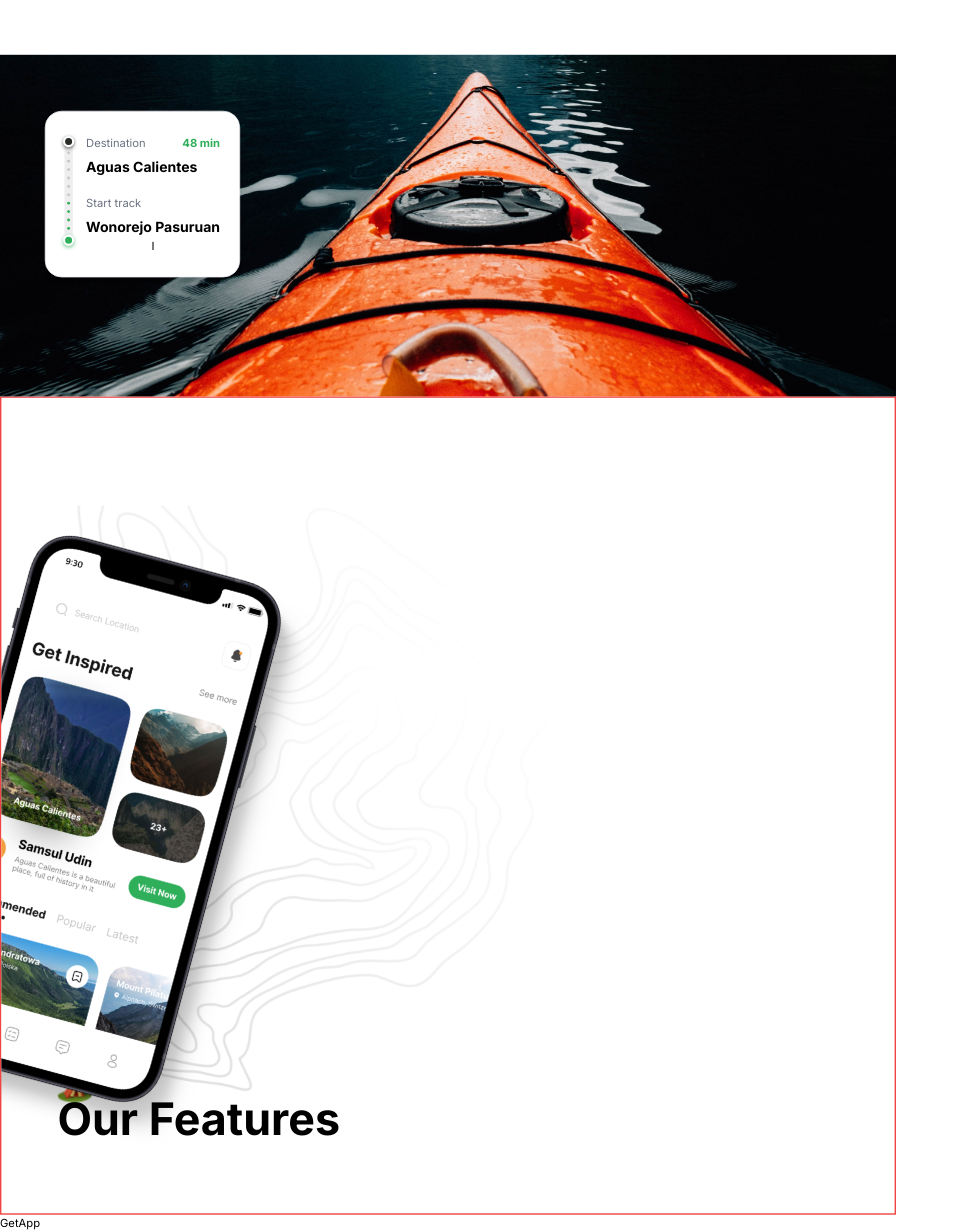
Repository: abdulrahmanmahmood/Travel-App
Page: /
These files come from the project's save history. The page is drawn as it stood at one moment and after the next save; the edit follows.
The browser window is 1280 px wide. The page is 1392 px wide, so the pictures cover 1392 px, including what lies to the right of the window. The pictures show the part of the page from y = 2105 to 3865 px (the page is 3865 px tall), at 70% of full size.
The project was rebuilt for these pictures with package versions that can differ from the ones it lists, and the page was loaded fresh each time. The framework's server and built-in components were replaced by stand-ins that run in the browser. Also part of the build but not shown: next.config.js.

Above is the page before, as saved 2023-11-08 11:40:23.

After the next save:
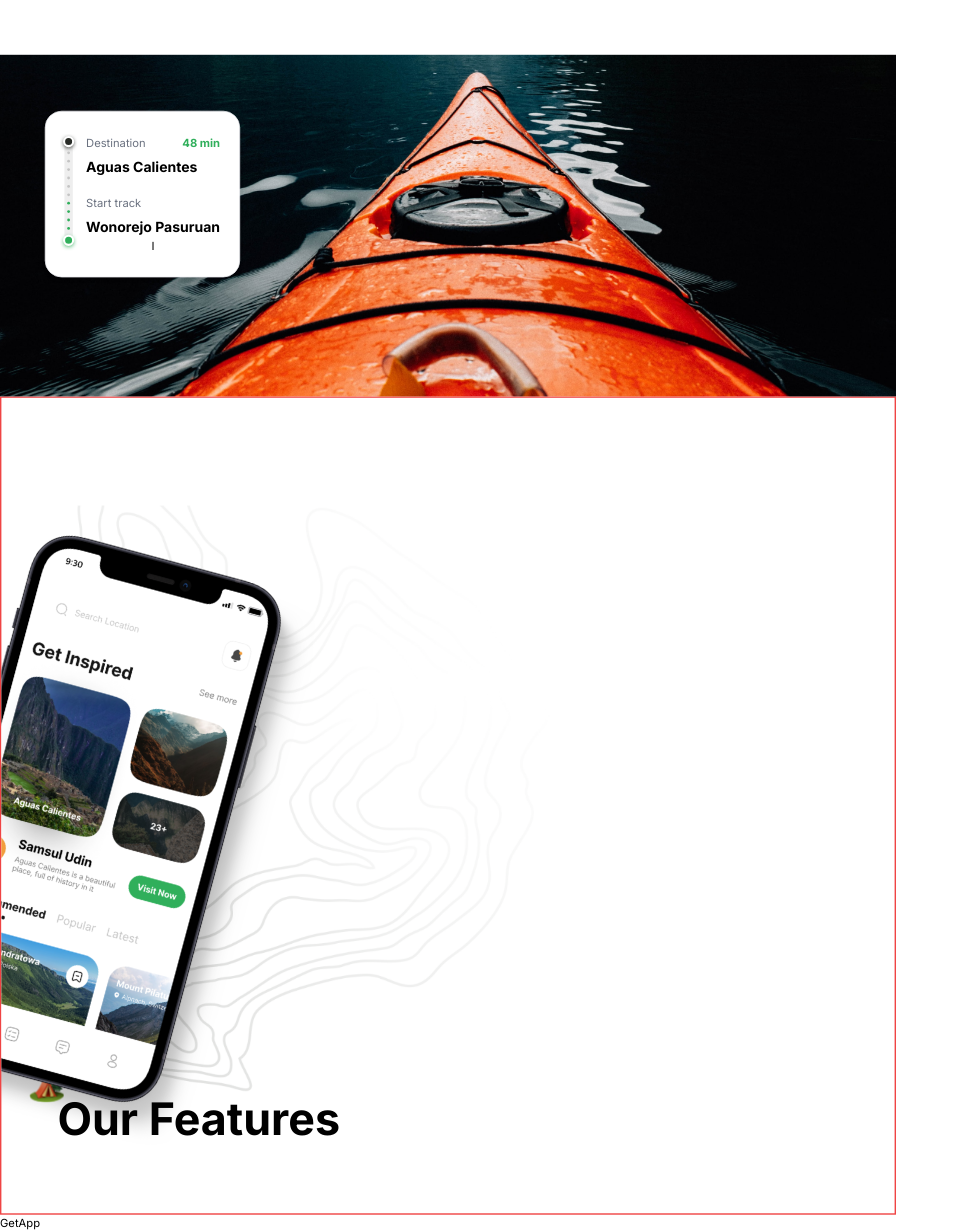
Saved 19 s later.
--- a/components/Features.tsx
+++ b/components/Features.tsx
@@ -10,7 +10,7 @@ function Features() {
         </div>
         <div className="z-20 flex w-full flex-col  lg:2-[60%]">
           <div className="relative ">
-            <Image src='/camp.svg' alt="camp" width={50} height={50} className="absolute -top-10"/>
+            <Image src='/camp.svg' alt="camp" width={50} height={50} className="absolute -top-10 -left-10"/>
             <h2 className="bold-40 lg:bold-64 -mt-1">Our Features</h2>
           </div>
         </div>
